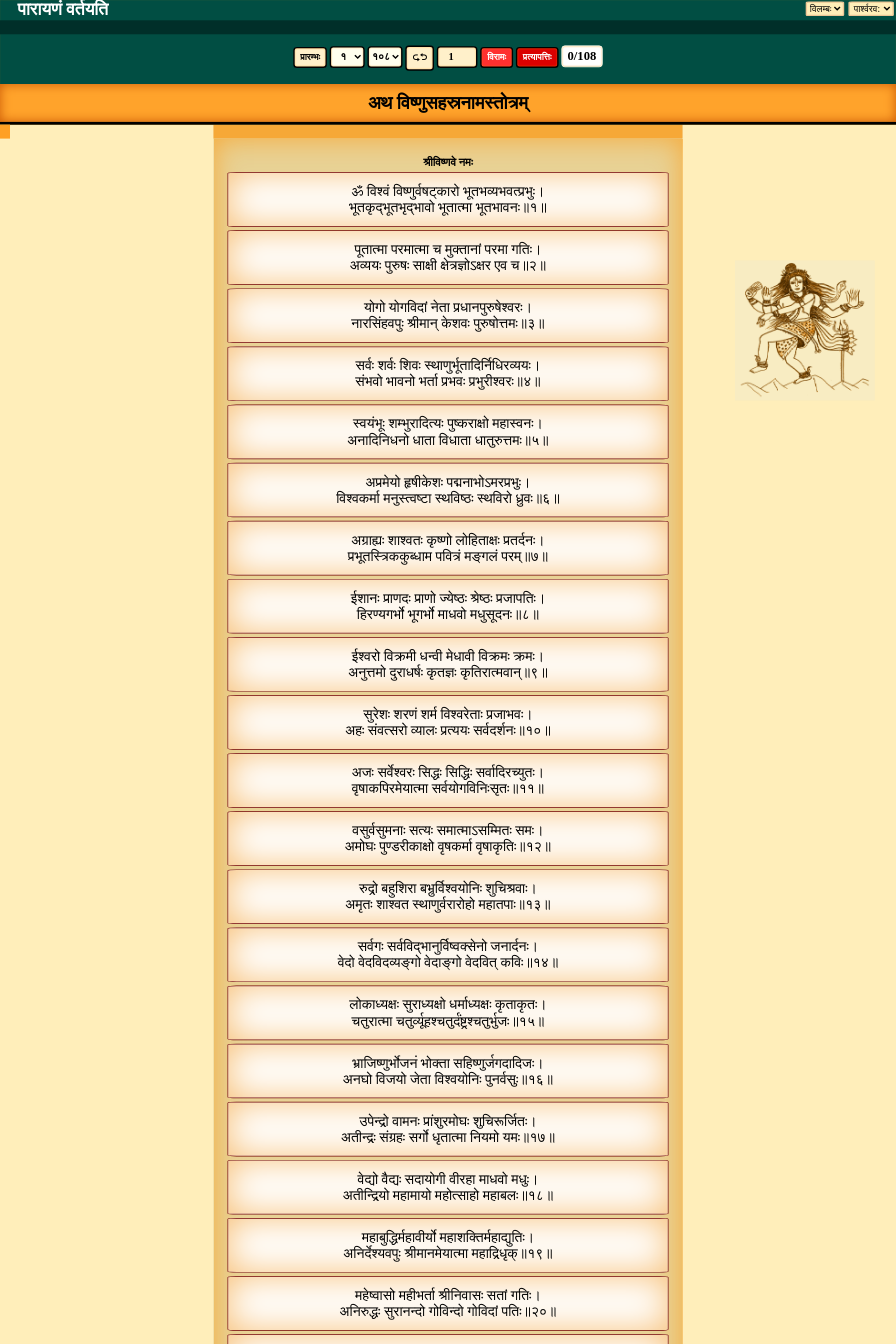
Repository: arshavak/vishnu-sahasranam
Page: index.html
The author's editor kept a copy of each file at every save. The page is drawn from the files as they stood at one save, then again after the next save.
The browser window is 1280 px wide. The pictures show the part of the page from y = 0 to 1920 px (the page is 9265 px tall before and 9283 px after), at 70% of full size.

Above is the page before, as saved 2024-12-30 13:01:51.
Not found: scripts/sanskrittime.js

### index.html
<!DOCTYPE html>
<html>
<head>
<meta charset="UTF-8">
  <link rel="icon" type="image/png" href="style/backgrounds/23.png">
<title>विष्णुसहस्रनामस्तोत्रम्</title>
<meta name="viewport" content="width=device-width, initial-scale=1.0">
<link rel="stylesheet" type="text/css" href="style/style.css"/>
<!-- <link rel="stylesheet" type="text/css" href="style/themes.css"/> -->
</head>
<body class="body">
  <div class="player">
    <div class="Time">
      <span class="main-header">पारायणं वर्तयति</span>
      <div class="clock">
        <span id="ghanta" class="time-span"></span>
        <span id="minat" class="time-span"></span>
      </div>

      <select id="number" class="bgsound setting"></select>
      <select class="timeOut setting">
        <option value="">विलम्बः</option>
        <option value="2">2s</option>
        <option value="3">3s</option>
        <option value="5">5s</option>
        <option value="10">10s</option>
      </select>
  </div>
    <div class="topnavbar"></div>
      <input name="play_button" class="psuGrup play" type="button" value="प्रारम्भः"/>
      <select  id="selector1" class="From selector FromAndTo"></select>
      <select  id="selector2" class="To selector FromAndTo"></select>
      <input name="toggle_btn" type="checkbox" id="check"/>
      <input id="loop" class="loop" type="button" value="&#11150&#11148"/>
      <input id="repeat" value="1" max="99" min="1" type="number"/>
      <!-- <input id="speed" value="1" max="4" min=".5" step="0.1" type="number"/>   -->
      <input name="stop_button" class="psuGrup stop" type="button" value="विरामः"/>
      <input class="reset psuGrup" type="button" value="प्रत्यापत्तिः"/>
      <input id="suchna" type="button" class="psuGrup suchna"/>
      <div class="heading">अथ विष्णुसहस्रनामस्तोत्रम्</div>
      <div class="progress-container">
        <div class="progress-bar" id="myBar"></div>
      </div>
    </div>
      <div id="imageRight">
        <image class="image" src="style/backgrounds/0.png" width="200px" height="200px"></image>
      </div>
      <!-- <div id="imageLeft">
        <image class="image" src="style/backgrounds/0.png" width="200px" height="200px"></image>
      </div> -->
      <div class="timeStamp"></div>
      <div class="container"></div>
    <script type="text/javascript" src="scripts/visnusahastranamScript.js"></script>
    <script type="text/javascript" src="scripts/MainScript.js"></script>
    <script type="text/javascript" src="scripts/sanskrittime.js"></script>
  </body>

</html>

### scripts/MainScript.js
const topnavbar = document.querySelector(".topnavbar");
function createLinks() {
  // Create an array of objects with URL and link text
  const links = [

    { url: 'YogSutrani.php', text: 'योगसूत्राणि' },
    { url: 'VisnuSahastranam.php', text: 'विष्णुसहस्रम्' },
    { url: 'SankhyaKarika.php', text: 'साङ्ख्यकारिका' },
    { url: 'Ast_1_1.php', text: 'अष्टाध्यायी(१.१)' }
  ];
  // Loop through the array and create links
  for (let i = 0; i < links.length; i++) {
    const link = document.createElement('a');
    link.setAttribute('target', '_blank');
    link.setAttribute('class', 'disabled-link');
    link.href = links[i].url;
    link.textContent = links[i].text;
    topnavbar.appendChild(link); // Append link to the topnavbar
  }
}
// Call the function to create links
// createLinks();

//current page link disaable function
const currentUrl = window.location.href;
const disabledLinks = document.querySelectorAll(".disabled-link");

// var links =[];
//   var currWin = window;
//   for(var i =0; i<currWin.document.links.length; i++){
//     links.push(currWin.document.links[i].href);
//   }

disabledLinks.forEach(link => {
if(link.href === currentUrl){
  link.addEventListener("click", e => {
    e.preventDefault();
  });
  link.classList.add("disabled");
 }
});


// function for repeating selection
var repeats = "";
var inp = document.getElementById("repeat");
inp.addEventListener("input", ()=>{
  repeats=inp.value;
});




// const Allrepeatbtns = document.querySelectorAll(".rbtn");
// let activeBtn = null;
// Allrepeatbtns.forEach((ript)=> {
//   ript.addEventListener("click", () => {
//     if (activeBtn && activeBtn !== ript) {
//       activeBtn.classList.remove("for-repeat");
//     }
//     else if (activeBtn === ript) {
//       ript.classList.remove("for-repeat");
//       activeBtn = null;
//       repeats = 0;
//       return;
//     }
//     // repeats = ript.value.charAt(0);
//     repeats = document.getElementById("repeat").value;
//     ript.classList.add("for-repeat");
//     activeBtn = ript;
//   })
// });
// Add click event listeners to the play and stop buttons
const stopButton = document.querySelector('[name="stop_button"]');
const playButton = document.querySelector('[name="play_button"]');
const checkBox = document.querySelector('#check');
const timeOutSecind = document.querySelector(".timeOut");
var speed = document.querySelector("#speed");
let audio;
let audioDuration;
//  let num = 0;
playButton.addEventListener('click', () => {
  //  if(num===0){
  //    num = 1;
  //   playButton.value = "pause";
  let startIndex = selector1.value - 1;
  let lastIndex = selector2.value;
   const playNextKey = () => {
    if(audio){
      audio.pause();
      audio.currentTime = 0;
       keys.forEach(key => {
      key.classList.remove('active');
      });
    }
    if (startIndex < lastIndex) {
      const key = keys[startIndex];
      audio = key.querySelector('audio');
      let playCount = 0;
      const playOnce = () => {
        if (playCount < (Number(repeats))-1) {
        //    if(playCount!==1) {
        //      audio.volume = .1;
        //      audio.playbackRate = 1.5;
        //  }
          setTimeout(() => {
          audioDuration = audio.duration;
          audio.playbackRate = speed.value;
          audio.play();
          playCount++;
          }, timeOutSecind.value*1000);
        } else {
          audio.removeEventListener('ended', playOnce);
          setTimeout(() => {
            key.classList.remove('active');
            playNextKey();
          }, timeOutSecind.value*1000);
        }
      };
      audioDuration = audio.duration;
      audio.currentTime = 0;
      audio.playbackRate = speed.value;
      audio.play();
      audio.addEventListener('ended', playOnce );
      audio.addEventListener('play', scrollActiveDiv );
      audio.addEventListener("play", playButtonStyleAdd);
      audio.addEventListener('ended', playButtonStyleRemove);
      audio.addEventListener("play", indexUpdate);
      audio.addEventListener("ended", timerOutput)
      key.classList.add('active');
      startIndex++;
      // audio.removeEventListener("ended", timerOutput);

      // chacking the Loopbutton is chacked or not checked
        if(checkBox.checked && startIndex == lastIndex){
          // alert("Please");
          startIndex = selector1.value - 1;
      }
    }
  };

  playNextKey();
// }else{
//   playButton.value = "play";
//   audio.pause();
//   num = 0;
// }
});


// Add click event listeners to the stop button
stopButton.addEventListener('click', () => {
  // playButton.value = "play";
   window.scrollTo(0, 0);
  // hideSpeackerSymbol();
  playButton.style.backgroundColor = "";
  playButton.style.color = "";
  keys.forEach(key => {
    const audio = key.querySelector('audio');
    audio.pause();
    audio.currentTime = 0;
    key.classList.remove('active');
  });
  bgsound.pause();
});

// Reset the current audio element
window.scrollTo({top:0, behavior: 'smooth'});
const reset = document.querySelector(".reset");
reset.addEventListener('click', () => {
// window.scrollTo({top:0, behavior: 'smooth'});
// setTimeout(() => {
location.reload();
// },1000);
});


  //buttons for loop
  const loopbtn = document.querySelector(".loop");
  const checkbox = document.querySelector("#check");
  loopbtn.addEventListener("click",  ()=> {
  checkbox.checked = !checkBox.checked;
  if(checkBox.checked){
    loopbtn.style.backgroundColor = "rgb(40, 252, 29)";
    loopbtn.style.color = "#000";
    // document.querySelector(".From").disabled = false;
    // document.querySelector(".To").disabled = false;

  }else{
    loopbtn.style.backgroundColor = "";
    loopbtn.style.color = "";
    // document.querySelector(".From").disabled = true;
    // document.querySelector(".To").disabled = true;

  }
  });

//background sounds 1111111111111111111
  const selector = document.querySelector('#number');
  for(var i=0; i<50; i++) {
    var option = document.createElement('option');
    option.text = "ध्वनिः "+ (i);
    option.value = i;
    selector.appendChild(option);
  }

  const firstOption = selector.querySelector("option:first-child");
  firstOption.textContent = "पार्श्वरव:"

  //background sounds 222222222222222222
let soundNumber = document.querySelector("#number");
soundNumber.style.outline = "none";
let bgsound;
selector.addEventListener("change", function backgroundMusic(){
  if (bgsound) {bgsound.pause();}
  bgsound = new Audio(`prishthbhumi-dhvani/dhvani (${soundNumber.value}).mp3`);
  bgsound.loop = true;
  bgsound.volume = 0.5;
  bgsound.play();
});

//scrolling to top of screen
function scrollActiveDiv() {
  const activeDiv = document.querySelector('.active');
  if (activeDiv) {
    const activeDivPosition = activeDiv.offsetTop;
    window.scrollTo({
      top: activeDivPosition - 150,
      behavior: 'smooth'
    });
  }
}


// function for indexUpdate
const indexUpdating = document.querySelector("#suchna");
indexUpdating.value = "0" + "/" + divLen;
function indexUpdate(){
const suchna = document.querySelector("#suchna");
let activeIndex = 1;
for (let i = 1; i < divLen; i++){
  if(keys[i].classList.contains("active")){
    activeIndex = i+1;
    break;
  }
}
suchna.value = activeIndex +"/"+ divLen;
}



//function for Timer
const timeStamp = document.querySelector(".timeStamp");
function timerOutput(){
  let count = timeOutSecind.value;
  let timer = setInterval(function(){
    timeStamp.style.display = "block";

    count--;
    if(count < 10){
      timeStamp.innerHTML = "प्रतीक्षस्व"+ " " + "00" + ":0" + count;
    }else{
      timeStamp.innerHTML = "प्रतीक्षस्व"+ " " + "00" + ":" + count;
    }
     if(count<=0){
      clearInterval(timer);
      timeStamp.style.display = "none";

    }
  },1000);
  document.body.appendChild(timeStamp);
}


// play Button Style
function playButtonStyleAdd(){
  playButton.style.backgroundColor = "rgb(40, 252, 29)";
  playButton.style.color = "#000";
  }
  function playButtonStyleRemove(){
   playButton.style.backgroundColor = "";
   playButton.style.color = "";
   }


//function for index blinking
let n = 0;
function blinking() {
// const play_button = document.querySelector('[name="play_button]')
if(n==0 && playButton.style.backgroundColor === "rgb(40, 252, 29)"){
indexUpdating.style.animation = "indexblink 1s infinite";
n = 1;
}else{
  indexUpdating.style.animation = "";
n = 0;
}
}
setInterval(blinking,2000);

// setTimeout(windowUpdate,2000);
// window risize for time div
const clock = document.querySelector(".clock");
window.addEventListener("resize",windowUpdate);
window.addEventListener("load",windowUpdate);
function windowUpdate(){
const player = document.querySelector(".player");
const playerHeight = player.offsetHeight;
 timeStamp.style.top = playerHeight + "px";
 container.style.top =   playerHeight + "px";
 clock.style.top =   playerHeight + "px";
}



// When the user scrolls the page, execute myFunction
window.onscroll = function() {myFunction()};
function myFunction() {
  var winScroll = document.body.scrollTop || document.documentElement.scrollTop;
  var height = document.documentElement.scrollHeight - document.documentElement.clientHeight;
  var scrolled = (winScroll / height) * 100;
  document.getElementById("myBar").style.width = scrolled + "%";
}



// const digitsMap = {
//   // देवनागरी लिपि के वर्णक्रम को बांग्ला लिपि के वर्णक्रम में बदलें।
//     'अ': 'অ',
//     'आ': 'আ',
//     'इ': 'ই',
//     'ई': 'ঈ',
//     'उ': 'উ',
//     'ऊ': 'ঊ',
//     'ए': 'এ',
//     'ऐ': 'ঐ',
//     'ओ': 'ও',
//     'औ': 'ঔ',
//     'क': 'ক',
//     'ख': 'খ',
//     'ग': 'গ',
//     'घ': 'ঘ',
//     'ङ': 'ঙ',
//     'च': 'চ',
//     'छ': 'ছ',
//     'ज': 'জ',
//     'झ': 'ঝ',
//     'ञ': 'ঞ',
//     'ट': 'ট',
//     'ठ': 'ঠ',
//     'ड': 'ড',
//     'ढ': 'ঢ',
//     'ण': 'ণ',
//     'त': 'ত',
//     'थ': 'থ',
//     'द': 'দ',
//     'ध': 'ধ',
//     'न': 'ন',
//     'प': 'প',
//     'फ': 'ফ',
//     'ब': 'ব',
//     'भ': 'ভ',
//     'म': 'ম',
//     'य': 'য',
//     'र': 'র',
//     'ल': 'ল',
//     'व': 'ব',
//     'श': 'শ',
//     'ष': 'ষ',
//     'स': 'স',
//     'ह': 'হ',
//     'ा': 'া',
//     'ि': 'ি',
//     'ी': 'ী',
//     'ु': 'ু',
//     'ू': 'ূ',
//     'ृ': 'ৃ',
//     'े': 'ে',
//     'ै': 'ৈ',
//     'ो': 'ো',
//     'ौ': 'ৌ',
//     'ं': 'ং',
//     'ः': 'ঃ',
//     '।': '।',
//     '॥': '॥',

// };

// const elements = document.getElementsByTagName('*');

// for (let i = 0; i < elements.length; i++) {
//   const element = elements[i];

//   for (let j = 0; j < element.childNodes.length; j++) {
//     const node = element.childNodes[j];

//     if (node.nodeType === 3) {
//       const text = node.nodeValue;
//       const replacedText = text.replace(/[अआइईउऊऋएऐओऔकखगघङचछजझञ]/g, function(match) {
//         return digitsMap[match];
//       });

//       if (replacedText !== text) {
//         element.replaceChild(document.createTextNode(replacedText), node);
//       }
//     }
//   }
// }




// // सभी audio टैगों को प्राप्त करें
// const audios = document.querySelectorAll('audio');
// // सभी span टैगों को प्राप्त करें
// const spans = document.querySelectorAll('span.indeX');
// // सभी span टैग पर क्लिक करने के लिए एक लूप चलाएं
// spans.forEach((span) => {
//   // क्लिक करने पर संगीत बंद करें और अगला संगीत चलाएं
//   span.addEventListener('click', () => {
//     // सभी ऑडियो टैगों को बंद करें
//     audios.forEach((audio) => {
//       audio.pause();
//       audio.currentTime = 0;
//     });
//     // वर्तमान ऑडियो टैग को चलाएं
//     const audio = span.parentElement.querySelector('audio');
//     audio.play();

//     // सभी divs से active क्लास हटाएं
//     const divs = document.querySelectorAll('.key');
//     divs.forEach((div) => {
//       div.classList.remove('active');
//       audio.addEventListener("ended",  () => {
//         div.classList.remove('active');
//       });
//     });
//     // वर्तमान div को active क्लास दें
//     const currentDiv = audio.parentElement;
//     currentDiv.classList.add('active');
//   });
// });
//  setTimeout(()=>{

//   var text = document.body.innerHTML;
//   var regex1 = /॥(.*?)॥/g;
//   var result1 = text.replace(regex1,'॥<span class="cot">$1</span>');
//  document.body.innerHTML = result1;
//  },2000)

Loaded but not shown: scripts/visnusahastranamScript.js (library); style/style.css (483 lines, source omitted)

After the next save:
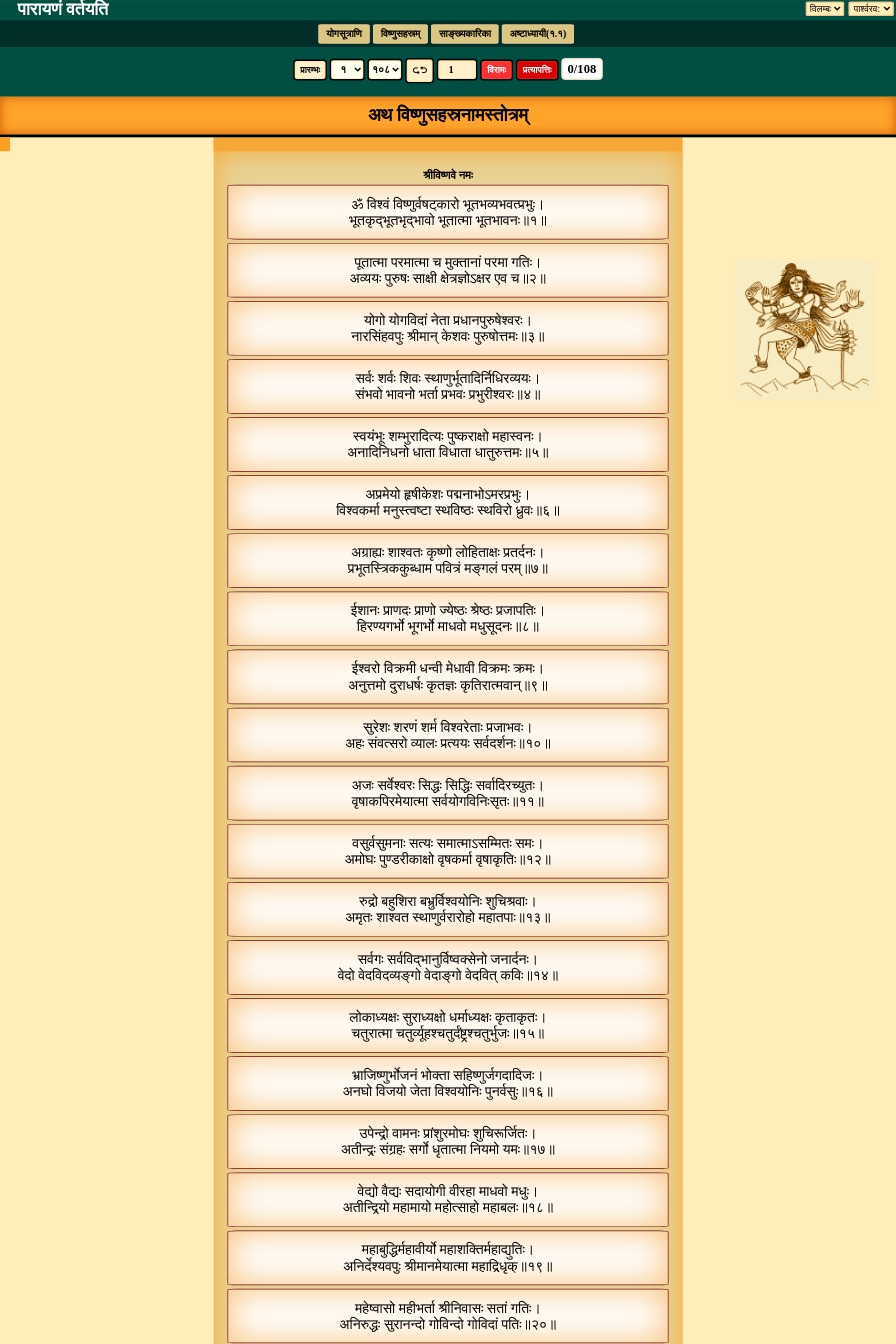
Saved 4 min 46 s later.
--- a/scripts/MainScript.js
+++ b/scripts/MainScript.js
@@ -19,7 +19,7 @@
   }
 }
 // Call the function to create links
-// createLinks();
+createLinks();
 
 //current page link disaable function
 const currentUrl = window.location.href;

After the save that followed:
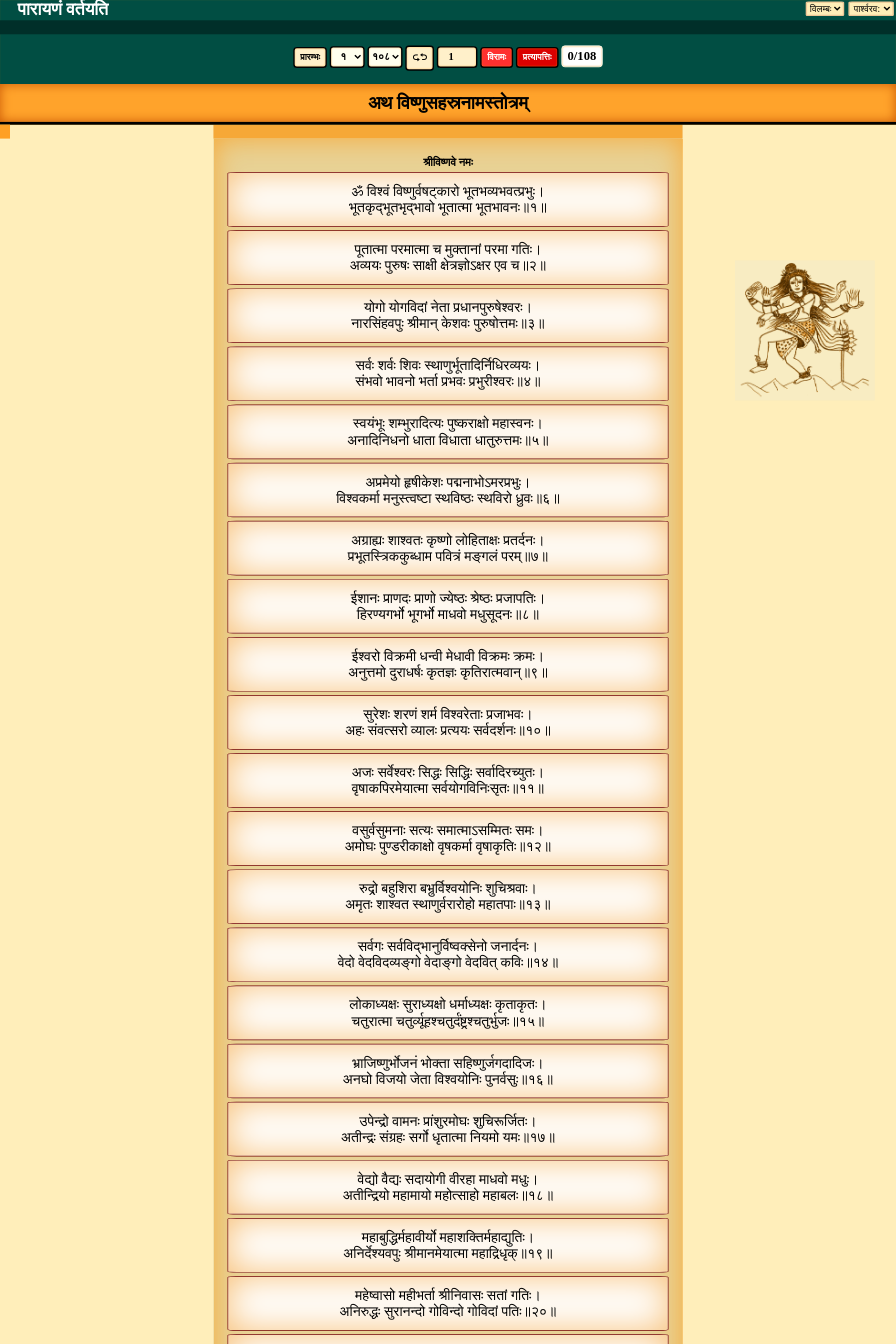
Saved 12 s later.
--- a/scripts/MainScript.js
+++ b/scripts/MainScript.js
@@ -19,7 +19,7 @@
   }
 }
 // Call the function to create links
-createLinks();
+// createLinks();
 
 //current page link disaable function
 const currentUrl = window.location.href;
